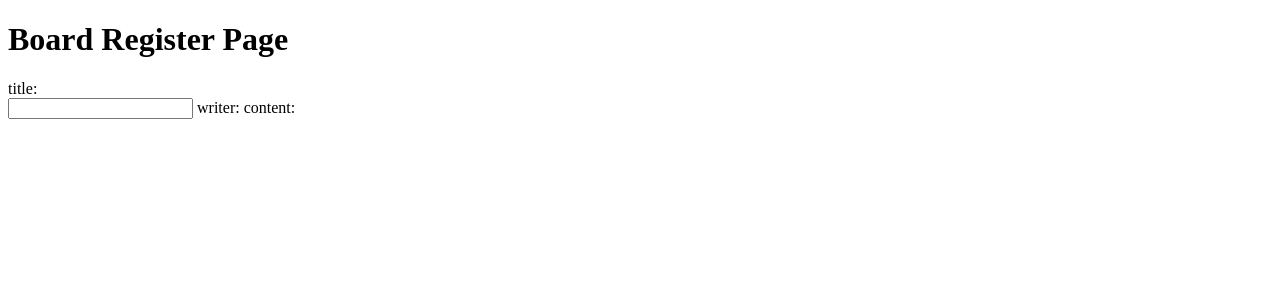
Repository: dtkd19/jsp-jstl_241022
Page: http://localhost/jsp_study/brd/register
An editor plug-in stored every save of this project. The page is shown before and after the next save, followed by the edit.
The browser window is 1280 px wide. The pictures show the whole page.
The page is served by Tomcat 9. Other server files are loaded and not shown.

Above is the page before, as saved 2024-10-22 06:04:35.

### jsp_study/src/main/webapp/board/register.jsp
<%@ page language="java" contentType="text/html; charset=UTF-8"
    pageEncoding="UTF-8"%>
<!DOCTYPE html>
<html>
<head>
<meta charset="UTF-8">
<title>Insert title here</title>
</head>
<body>
	<h1>Board Register Page</h1>
	title: <br>
	<input type="text" name="title">
	writer:
	content:
</body>
</html>

### jsp_study/src/main/java/controller/BoardController.java
package controller;

import java.io.File;
import java.io.IOException;
import java.util.List;

import javax.servlet.RequestDispatcher;
import javax.servlet.ServletException;
import javax.servlet.annotation.WebServlet;
import javax.servlet.http.HttpServlet;
import javax.servlet.http.HttpServletRequest;
import javax.servlet.http.HttpServletResponse;

import org.apache.commons.fileupload.FileItem;
import org.apache.commons.fileupload.disk.DiskFileItemFactory;
import org.apache.commons.fileupload.servlet.ServletFileUpload;
import org.slf4j.Logger;
import org.slf4j.LoggerFactory;

import domain.BoardVO;
import handler.FileRemoveHandler;
import net.coobird.thumbnailator.Thumbnails;
import service.BoardService;
import service.BoardServiceImpl;

@WebServlet("/brd/*")
public class BoardController extends HttpServlet {
	private static final long serialVersionUID = 1L;
	// 로그 객체 생성
	private static final Logger log = LoggerFactory.getLogger(BoardController.class);
	// jsp에서 받은 요청을 처리, 그 결과를 다른 jsp로 보내는 역할을 하는 객체
	private RequestDispatcher rdp;
	private String destPage; // 응답할 jsp의 주소를 저장하는 변수
	private int isOk; // db 구문 체크값 저장 변수
	private BoardService bsv; // interface로 생성
	private String savePath; // 파일저장 경로

	public BoardController() {
		// 생성자
		bsv = new BoardServiceImpl(); // bsv 구현체 객체 연결
	}

	protected void service(HttpServletRequest request, HttpServletResponse response)
			throws ServletException, IOException {
		// 실제 get post 요청처리
		log.info("log 객체 test");

		// request, response 객체의 인코딩 설정
		request.setCharacterEncoding("UTF-8"); // 요청객체
		response.setCharacterEncoding("UTF-8"); // 응답객체
		// response는 jsp로 갈 응답 객체 => 화면을 생성해서 응답 => jsp 형식으로 ...
		// contentType="text/html; charset=UTF-8"
		response.setContentType("text/html; charset=UTF-8"); // html5 형식으로 보내라

		// 경로 가져오기 /brd/register
		String uri = request.getRequestURI();
		log.info(uri); // /brd/register

		String path = uri.substring(uri.lastIndexOf("/") + 1);
		log.info(path);

		switch (path) {
		case "register":
			// 정보가 필요하다면... 정보를 DB에서 요청 request를 객체에 싣고 보내기
			destPage = "/board/register.jsp";
			break;
		case "insert":
			try {
				log.info("insert case in~!!");
				// jsp 화면에서 보내온 파라미터 값을 저장 => Service 전송
//				String title = request.getParameter("title");
//				String writer = request.getParameter("writer");
//				String content = request.getParameter("content");
//				BoardVO bvo = new BoardVO(title, writer, content);
//				log.info(">>>> bvo inesert 객체 >>>> {}", bvo);

				// 첨부파일 있는 경우 처리
				// bvo를 구성하여 DB로 전송
				// file을 저장하는 작업 => 파일 이름만 DB imageFile에 저장
				// 첨부파일 형식으로 들어오게되면 모든 파라미터는 바이트단위로 분해돼서 전송
				// 바이트 단위로 전송된 파라미터의 값을 String으로 조합을 해야함.

				// 1. 파일을 업로드할 물리적인 경로 설정

				savePath = getServletContext().getRealPath("/_fileUpload");
				log.info(">>>> savePath > {}" , savePath);

				File fileDir = new File(savePath);
				DiskFileItemFactory fileItemFactory = new DiskFileItemFactory();
				// 파일 저장을 위한 임시 메모리설정
				fileItemFactory.setSizeThreshold(1024*1024*3);
				// 저장위치를 담은 File 객체
				fileItemFactory.setRepository(fileDir);

				BoardVO bvo = new BoardVO(); // 빈 객체 생성 후 set

				// multipart/form-data 형식으로 넘어온 request 객체를 다루기 쉽게 변환해주는 객체
				ServletFileUpload fileUpload = new ServletFileUpload(fileItemFactory);
				// request 객체를 FileItem 형식의 리스트로 리턴
				List<FileItem> itemList = fileUpload.parseRequest(request);
				// title, writer, content => text / imageFile => image
				for(FileItem item : itemList) {
					log.info(" >>>> FileItem >> {} " , item.toString());
					switch (item.getFieldName()) {
					case "title":
						bvo.setTitle(item.getString("utf-8"));
						break;
					case "writer":
						bvo.setWriter(item.getString("utf-8"));
						break;
					case "content":
						bvo.setContent(item.getString("utf-8"));
						break;
					case "imageFile":
						// 이미지 파일 여부를 체크
						if(item.getSize() > 0 ) {
							//파일 이름 추출
							// 경로+ ~~~/dog.jpg
							String fileName = item.getName();
							// 경로 빼고 이름만 가져오기.
							// String fileName2 = item.getName().substring(item.getName().lastIndexOf(File.separator)+1);
							// File.separator : 파일 경로 기호 => 운영체제마다 다를 수 있어서 자동 변환
							// 시스템의 시간을 이용하여 파일을 구분 / 시간 dog.jpg
							// UUID를 사용하는 구분도 있음. (=> 많이사용)
							fileName = System.currentTimeMillis()+"_"+fileName;

							// 경로 만들어놓은 파일 fileDir + / (File.separator) + fileName
							File uploadFilePath = new File(fileDir+File.separator+fileName);
							log.info(">>> uploadFilePath > {}" , uploadFilePath.toString());

							// 저장
							try {
								item.write(uploadFilePath); // 객체를 디스크에 쓰기
								bvo.setImageFile(fileName); // bvo에 저장할 값 (DB에 들어가는 값 )

								// 썸네일 작업 : 리스트 페이지에서 트래픽 과다 사용 방지
								// fileDir + / + _th_ + fileName
								Thumbnails.of(uploadFilePath).size(75, 75).toFile(new File(fileDir+File.separator+"_th_"+fileName));


							} catch (Exception e) {
								log.info(">>> file writer on disk error");
								e.printStackTrace();
							}

						}
						break;

					}
				}

				isOk = bsv.register(bvo);
				log.info(">>>> bvo insert >>>>" + (isOk > 0 ? "성공" : "실패"));

				// 처리 후 목적지
				destPage = "/index.jsp";

			} catch (Exception e) {
				log.info("insert error");
				e.printStackTrace();
			}
			break;
		case "list":
			try {
				// 전체 리스트를 가지고 list.jsp로 전달
				List<BoardVO> list = bsv.getList();
				log.info(">>>> list >>>> {}", list);
				// request 객체에 파라미터로 값을 보내는 방법
				request.setAttribute("list", list);
				destPage = "/board/list.jsp";

			} catch (Exception e) {
				log.info("list error!!");
				e.printStackTrace();
			}
			break;
		case "detail":
		case "modify":
			try {
				int bno = Integer.parseInt(request.getParameter("bno"));
				BoardVO bvo = bsv.getDetail(bno);
				log.info(">>>> detail bvo >> {}", bvo);

				if (path.equals("detail")) {
					int readCountOk = bsv.readCountPlus(bno);
					log.info(">>>> readCount +1  >>> " + (readCountOk > 0 ? "성공" : "실패"));
					bvo = bsv.getDetail(bno);
					log.info(">>> readCount >> {}", bvo.getReadCount());
				}

				request.setAttribute("bvo", bvo);

				destPage = "/board/"+path+".jsp";

			} catch (Exception e) {
				log.info("detail error");
				e.printStackTrace();
			}
			break;

		case "update":
			try {
//				int bno = Integer.parseInt(request.getParameter("bno"));
//				String title = request.getParameter("title");
//				String content = request.getParameter("content");
//				BoardVO bvo = new BoardVO(bno, title, content);

				// 첨부파일 처리 포함 방식
				savePath = getServletContext().getRealPath("_fileUpload");
				File fileDir = new File(savePath);

				DiskFileItemFactory fileItemFactory = new DiskFileItemFactory();
				fileItemFactory.setSizeThreshold(1024*1024*3); // 3MB 정도 설정
				fileItemFactory.setRepository(fileDir);

				BoardVO bvo = new BoardVO();

				ServletFileUpload fileUpload = new ServletFileUpload(fileItemFactory);
				List<FileItem> itemList = fileUpload.parseRequest(request);

				// 원래 이미지가 있었는데 변경하는 케이스
				// 없던 이미지를 추가하는케이스

				String old_file = null;

				for(FileItem item : itemList) {
					switch (item.getFieldName()) {
					case "bno":
						bvo.setBno(Integer.parseInt(item.getString("utf-8")));
						break;
					case "title":
						bvo.setTitle(item.getString("utf-8"));
						break;
					case "content":
						bvo.setContent(item.getString("utf-8"));
						break;
					case "imageFile":
						// 기존 파일 => 있을 수도 있고, 없을 수도 있고
						old_file = item.getString("utf-8"); // 파일명만..
						break;
					case "newFile":
						// 새로 추가된 파일 => 있을 수도 있고, 없을 수도 있고
						if(item.getSize() > 0) {
							if(old_file != null) {
								// 기존파일이 존재한다면 ...
								// 파일 삭제작업 : 별도 핸들러로 작업
								FileRemoveHandler fileHandler = new FileRemoveHandler();
								isOk = fileHandler.deleteFile(savePath, old_file);
							}
							// 새로운 파일 등록 작업
							String fileName = System.currentTimeMillis()+"_"+item.getName();

							File uploadFilePath = new File(fileDir+File.separator+fileName);

							try {
								item.write(uploadFilePath);
								bvo.setImageFile(fileName);

								Thumbnails.of(uploadFilePath).size(75, 75).toFile(new File(fileDir+File.separator+"_th_"+fileName));

							} catch (Exception e) {
								log.info("File writer update error!");
								e.printStackTrace();
							}

						} else {
							// 기존파일 있지만, 새로운 이미지 파일이 없다면...
							// 기존 객체를 담기
							bvo.setImageFile(old_file);
						}
						break;

					}
				}

				int isOk = bsv.update(bvo);
				log.info(">>>> update >>> " + (isOk > 0 ? "성공" : "실패"));
				// 컨트롤러 내부 케이스는 /brd/ 따로 적을 필요가 없음.
				destPage = "detail?bno=" + bvo.getBno();

			} catch (Exception e) {
				log.info("update error");
				e.printStackTrace();
			}
			break;

		case "delete":
			try {
				int bno = Integer.parseInt(request.getParameter("bno"));
				int isOk = bsv.delete(bno);
				log.info(">>>> delete >>> " + (isOk > 0 ? "성공" : "실패"));
				destPage = "list";
			} catch (Exception e) {
				log.info(">>>> delete error");
				e.printStackTrace();
			}
			break;
		}

		// 목적지 주소(destPage)로 데이터를 전달(RequestDispatcher)
		rdp = request.getRequestDispatcher(destPage);
		// 요청에 필요한 객체를 가지고 destPage에 적힌 경로로 이동
		rdp.forward(request, response);

	}

	protected void doGet(HttpServletRequest request, HttpServletResponse response)
			throws ServletException, IOException {
		// get으로 들어오는 요청을 처리하는 메서드 => service를 호출하여 처리
		service(request, response);
	}

	protected void doPost(HttpServletRequest request, HttpServletResponse response)
			throws ServletException, IOException {
		// post로 들어오는 요청을 처리하는 메서드
		service(request, response);
	}

}

### jsp_study/src/main/java/service/BoardServiceImpl.java
package service;

import java.util.List;

import org.slf4j.Logger;
import org.slf4j.LoggerFactory;

import dao.BoardDAO;
import dao.BoardDAOImpl;
import domain.BoardVO;

public class BoardServiceImpl implements BoardService {

	private static final Logger log = LoggerFactory.getLogger(BoardServiceImpl.class);
	// dao 연결
	private BoardDAO bdao;

	public BoardServiceImpl() {
		bdao = new BoardDAOImpl();
	}

	@Override
	public int register(BoardVO bvo) {
		log.info(">>>> register service in");
		return bdao.insert(bvo);
	}

	@Override
	public List<BoardVO> getList() {
		// TODO Auto-generated method stub
		return bdao.getList();
	}

	@Override
	public BoardVO getDetail(int bno) {
		// TODO Auto-generated method stub
		return bdao.getDetail(bno);
	}

	@Override
	public int update(BoardVO bvo) {
		// TODO Auto-generated method stub
		return bdao.update(bvo);
	}

	@Override
	public int delete(int bno) {
		// TODO Auto-generated method stub
		return bdao.delete(bno);
	}

	@Override
	public int readCountPlus(int bno) {
		// TODO Auto-generated method stub
		return bdao.readCountPlus(bno);
	}
}

### jsp_study/src/main/java/dao/BoardDAO.java
package dao;

import java.util.List;

import domain.BoardVO;

public interface BoardDAO {

	int insert(BoardVO bvo);

	List<BoardVO> getList();

	BoardVO getDetail(int bno);

	int update(BoardVO bvo);

	int delete(int bno);

	int readCountPlus(int bno);

}

### jsp_study/src/main/java/dao/BoardDAOImpl.java
package dao;

import java.util.List;

import org.apache.ibatis.session.SqlSession;
import org.slf4j.Logger;
import org.slf4j.LoggerFactory;

import domain.BoardVO;
import orm.DatabaseBuilder;

public class BoardDAOImpl implements BoardDAO {
	private static final Logger log = LoggerFactory.getLogger(BoardDAOImpl.class);

	// DB와 연결 => mybatis 사용하여 연결 (mybatisConfig, db연결클래스, mapper)

	// DB의 연결을 위한 객체
	private SqlSession sql;

	public BoardDAOImpl() {
		new DatabaseBuilder();
		sql = DatabaseBuilder.getFactory().openSession();
	}

	@Override
	public int insert(BoardVO bvo) {
		// mapper로 연결
		log.info(">>>> insert DAO in !!");
		// sql.insert(mapper의 namespace.id, 객체);
		// insert / update / delete 구문은 반드시 commit 필요
		int isOk = sql.insert("BoardMapper.add", bvo);
		if(isOk > 0) {
			sql.commit();
		}
		return isOk;
	}

	@Override
	public List<BoardVO> getList() {
		log.info(">>>> getList DAO in !!");

		return sql.selectList("BoardMapper.list");
	}

	@Override
	public BoardVO getDetail(int bno) {
		log.info(">>>> getDetail DAO in !!");
		return sql.selectOne("BoardMapper.detail", bno);
	}

	@Override
	public int update(BoardVO bvo) {
		log.info(">>>> update DAO in !!");
		int isOk = sql.update("BoardMapper.up",bvo);
		if(isOk > 0) {
			sql.commit();
		}
		return isOk;
	}

	@Override
	public int delete(int bno) {
		log.info(">>>> delete DAO in !!");
		int isOk = sql.update("BoardMapper.delete",bno);
		if(isOk > 0) {
			sql.commit();
		}
		return isOk;
	}

	@Override
	public int readCountPlus(int bno) {
		log.info(">>>> readCount DAO in !!");
		int readCountOk = sql.update("BoardMapper.readCount",bno);
		if(readCountOk > 0) {
			sql.commit();
		}
		return readCountOk;
	}
}

### jsp_study/src/main/java/orm/DatabaseBuilder.java
package orm;


import org.apache.ibatis.io.Resources;
import org.apache.ibatis.session.SqlSessionFactory;
import org.apache.ibatis.session.SqlSessionFactoryBuilder;

public class DatabaseBuilder {
	private static SqlSessionFactory factory;
	private static final String CONFIG ="orm/mybatisConfig.xml";

	//초기화 블럭을 사용하여 객체 생성 후 초기화
	static {
		try {
			factory = new SqlSessionFactoryBuilder().build(Resources.getResourceAsReader(CONFIG));

		} catch (Exception e) {
			e.printStackTrace();
		}
	}

	public static SqlSessionFactory getFactory() {
		return factory;
	}


}

### jsp_study/src/main/java/domain/BoardVO.java
package domain;

public class BoardVO {
	private int bno;
	private String title;
	private String writer;
	private String content;
	private String regdate;
	private String moddate;
	private int readCount;
	private String imageFile;

	public BoardVO() {}

	// insert : title, writer,content
	public BoardVO(String title, String writer, String content) {
		this.title = title;
		this.writer = writer;
		this.content = content;
	}

	// list : bno, title, writer, regdate
	public BoardVO(int bno, String title, String writer, String regdate, int readCount) {
		this.bno = bno;
		this.title = title;
		this.writer = writer;
		this.regdate = regdate;
		this.readCount = readCount;
	}

	// update : bno, title, content
	public BoardVO(int bno, String title, String content) {
		this.bno = bno;
		this.title = title;
		this.content = content;
	}

	// detail : 전부
	public BoardVO(int bno, String title, String writer, String content, String regdate, String moddate, int readCount, String imageFile) {
		this.bno = bno;
		this.title = title;
		this.writer = writer;
		this.content = content;
		this.regdate = regdate;
		this.moddate = moddate;
		this.readCount = readCount;
		this.imageFile = imageFile;
	}

	public int getBno() {
		return bno;
	}

	public void setBno(int bno) {
		this.bno = bno;
	}

	public String getTitle() {
		return title;
	}

	public void setTitle(String title) {
		this.title = title;
	}

	public String getWriter() {
		return writer;
	}

	public void setWriter(String writer) {
		this.writer = writer;
	}

	public String getContent() {
		return content;
	}

	public void setContent(String content) {
		this.content = content;
	}

	public String getRegdate() {
		return regdate;
	}

	public void setRegdate(String regdate) {
		this.regdate = regdate;
	}

	public String getModdate() {
		return moddate;
	}

	public void setModdate(String moddate) {
		this.moddate = moddate;
	}


	public int getReadCount() {
		return readCount;
	}

	public void setReadCount(int readCount) {
		this.readCount = readCount;
	}

	public String getImageFile() {
		return imageFile;
	}

	public void setImageFile(String imageFile) {
		this.imageFile = imageFile;
	}

	@Override
	public String toString() {
		return "BoardVO [bno=" + bno + ", title=" + title + ", writer=" + writer + ", content=" + content + ", regdate="
				+ regdate + ", moddate=" + moddate + ", readCount=" + readCount + ", imageFile=" + imageFile + "]";
	}





}

### jsp_study/src/main/java/domain/CommentVO.java
package domain;

public class CommentVO {
	private int cno;
	private int bno;
	private String content;
	private String writer;
	private String regdate;


	public CommentVO() {}


	// 등록
	public CommentVO(int bno, String content, String writer) {
		this.bno = bno;
		this.content = content;
		this.writer = writer;
	}


	// 리스트
	public CommentVO(int cno, int bno, String content, String writer, String regdate) {
		this.cno = cno;
		this.bno = bno;
		this.content = content;
		this.writer = writer;
		this.regdate = regdate;
	}


	// 수정
	public CommentVO(int cno, String content) {
		this.cno = cno;
		this.content = content;
	}


	// getter/setter toString


	public int getCno() {
		return cno;
	}


	public void setCno(int cno) {
		this.cno = cno;
	}


	public int getBno() {
		return bno;
	}


	public void setBno(int bno) {
		this.bno = bno;
	}


	public String getContent() {
		return content;
	}


	public void setContent(String content) {
		this.content = content;
	}


	public String getWriter() {
		return writer;
	}


	public void setWriter(String writer) {
		this.writer = writer;
	}


	public String getRegdate() {
		return regdate;
	}


	public void setRegdate(String regdate) {
		this.regdate = regdate;
	}


	@Override
	public String toString() {
		return "CommentVO [cno=" + cno + ", bno=" + bno + ", content=" + content + ", writer=" + writer + ", regdate="
				+ regdate + "]";
	}






}

### jsp_study/src/main/java/domain/MemberVO.java
package domain;

public class MemberVO {
	private String id;
	private String pwd;
	private String email;
	private String phone;
	private String regdate;
	private String lastlogin;
	private String imageFile;


	public MemberVO() {}

	// 관리자입장 / 사용자입장
	// 회원등급 : admin(사이트관리자), manager(각 파트의 최고 관리자), user(사용자)
	// 회원가입 / 수정
	public MemberVO(String id, String pwd, String email, String phone, String imageFile) {
		this.id = id;
		this.pwd = pwd;
		this.email = email;
		this.phone = phone;
		this.imageFile = imageFile;
	}

	// 로그인
	public MemberVO(String id, String pwd) {
		this.id = id;
		this.pwd = pwd;
	}

	// 회원리스트 : 관리자만 접근가능 전체

	public MemberVO(String id, String pwd, String email, String phone, String regdate, String lastlogin, String imageFile) {
		this.id = id;
		this.pwd = pwd;
		this.email = email;
		this.phone = phone;
		this.regdate = regdate;
		this.lastlogin = lastlogin;
		this.imageFile = imageFile;

	}

	public String getId() {
		return id;
	}


	public void setId(String id) {
		this.id = id;
	}


	public String getPwd() {
		return pwd;
	}


	public void setPwd(String pwd) {
		this.pwd = pwd;
	}


	public String getEmail() {
		return email;
	}


	public void setEmail(String email) {
		this.email = email;
	}


	public String getPhone() {
		return phone;
	}


	public void setPhone(String phone) {
		this.phone = phone;
	}


	public String getRegdate() {
		return regdate;
	}


	public void setRegdate(String regdate) {
		this.regdate = regdate;
	}


	public String getLastlogin() {
		return lastlogin;
	}


	public void setLastlogin(String lastlogin) {
		this.lastlogin = lastlogin;
	}


	public String getImageFile() {
		return imageFile;
	}

	public void setImageFile(String imageFile) {
		this.imageFile = imageFile;
	}

	@Override
	public String toString() {
		return "MemberVO [id=" + id + ", pwd=" + pwd + ", email=" + email + ", phone=" + phone + ", regdate=" + regdate
				+ ", lastlogin=" + lastlogin + ", imageFile=" + imageFile + "]";
	}








}

After the next save:
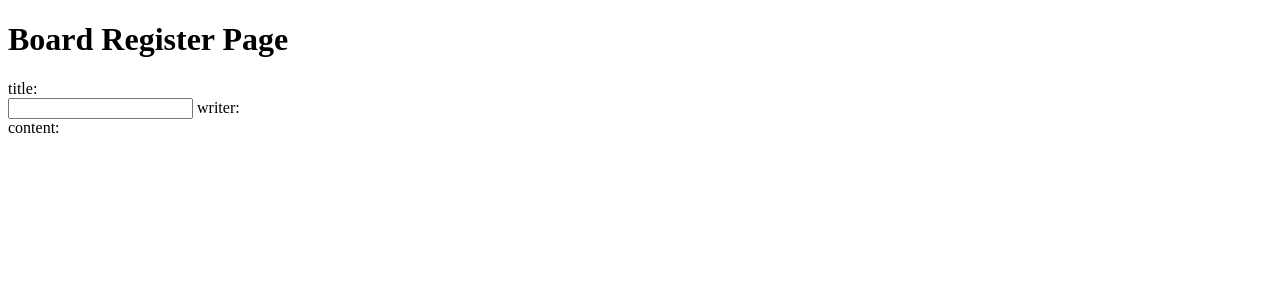
Saved 5 s later.
--- a/jsp_study/src/main/webapp/board/register.jsp
+++ b/jsp_study/src/main/webapp/board/register.jsp
@@ -10,7 +10,7 @@
 	<h1>Board Register Page</h1>
 	title: <br>
 	<input type="text" name="title">
-	writer:
+	writer: <br>
 	content:
 </body>
 </html>
